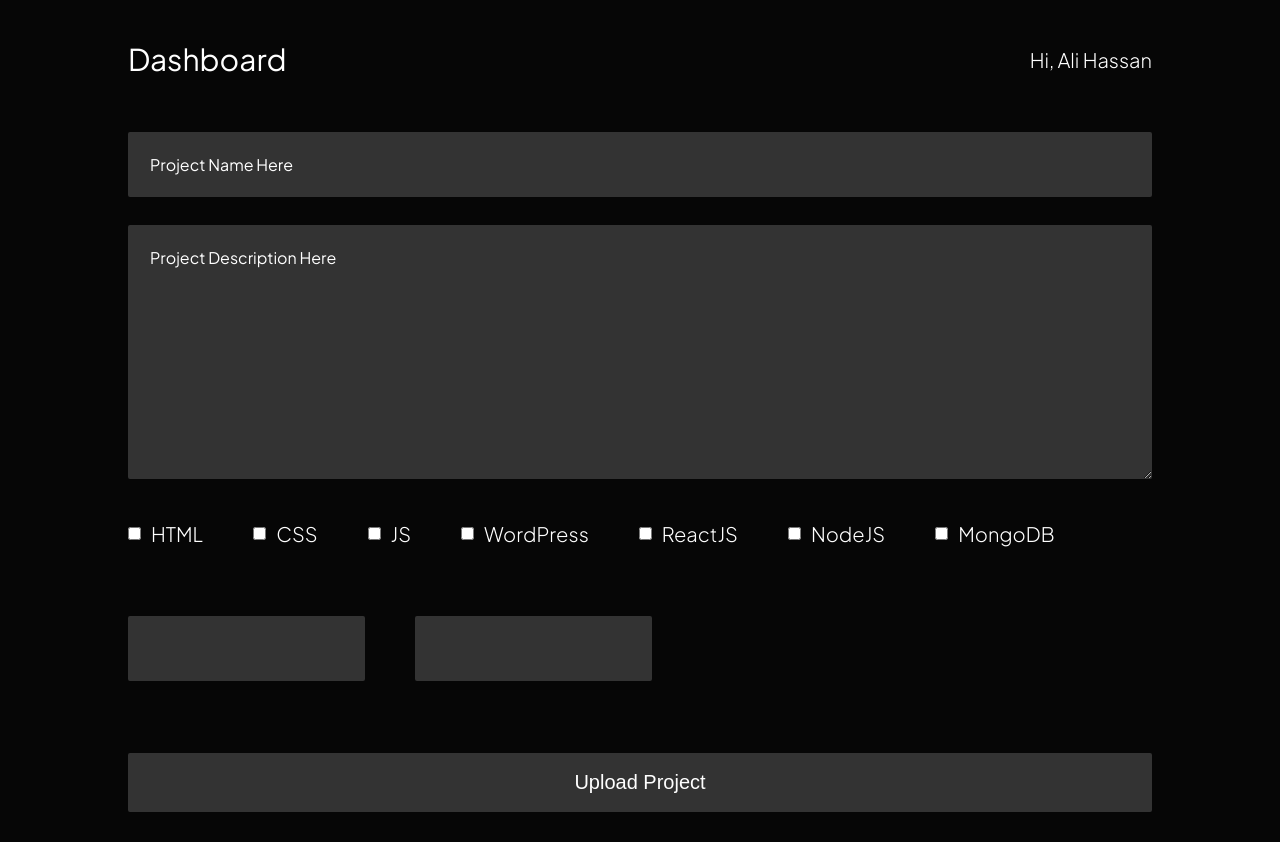
Repository: AliHassan02-Dev/PORTFOLIO
Page: /AdminDashborad (app in Front-end/)
The author's editor kept a copy of each file at every save. The page is drawn from the files as they stood at one save, then again after the next save.
The browser window is 1280 px wide. The pictures show the whole page.
The project was rebuilt for these pictures with package versions that can differ from the ones it lists, and the page was loaded fresh each time. Also part of the build but not shown: Front-end/vite.config.js, Front-end/src/Pages/Home.jsx, Front-end/src/Pages/About.jsx, Front-end/src/Components/Footer.jsx, Front-end/src/Components/Navbar.jsx, Front-end/src/data.js, Front-end/src/Components/ProjectsBox.jsx, Front-end/src/App.jsx and 5 more.

Above is the page before, as saved 2024-08-31 07:50:38.

After the next save:
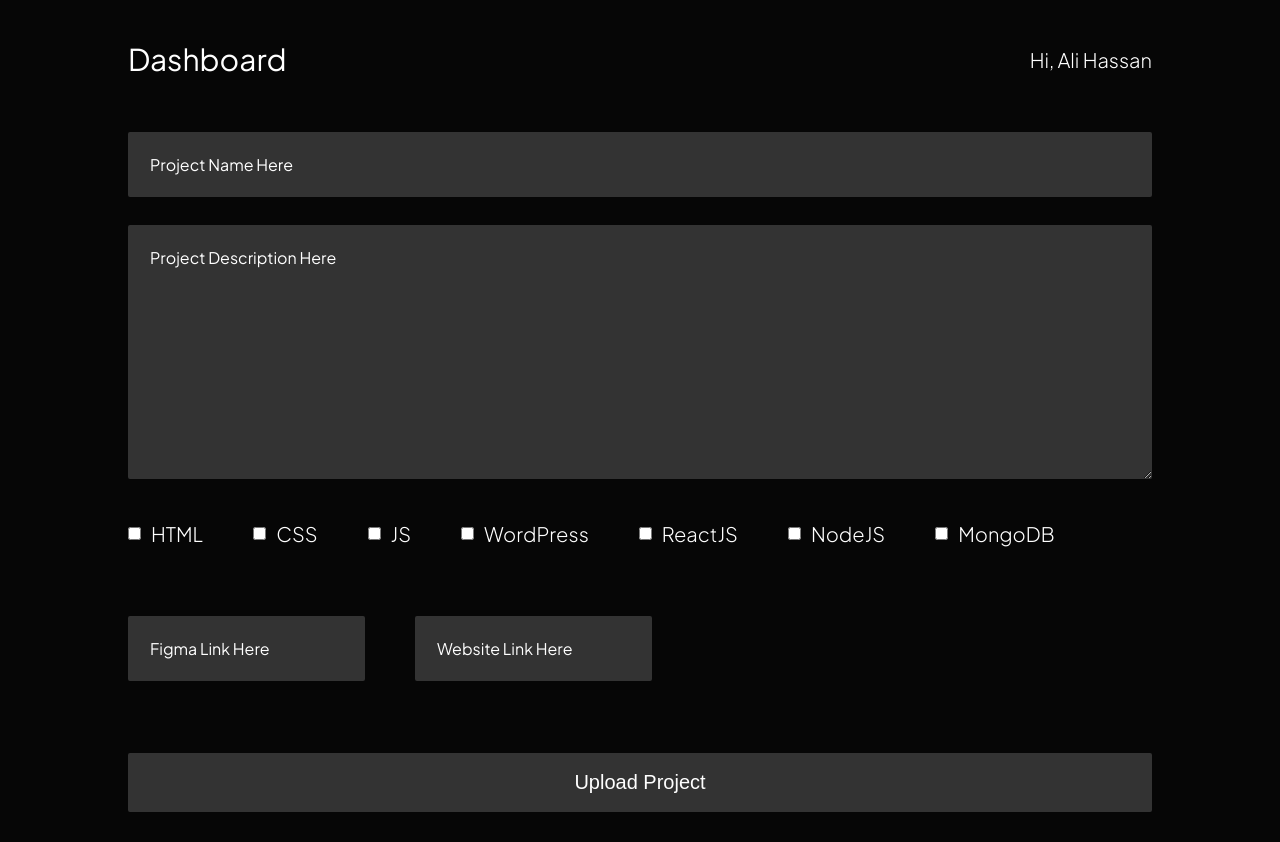
Saved 33 s later.
--- a/Front-end/src/Pages/AdminDashboard.jsx
+++ b/Front-end/src/Pages/AdminDashboard.jsx
@@ -131,12 +131,14 @@ const AdminDashboard = () => {
             <input
               type="text"
               name="figmaLink"
+              placeholder="Figma Link Here"
               value={projectData.figmaLink}
               onChange={handleEvent}
             />
             <input
               type="text"
               name="websiteLink"
+              placeholder="Website Link Here"
               value={projectData.websiteLink}
               onChange={handleEvent}
             />
